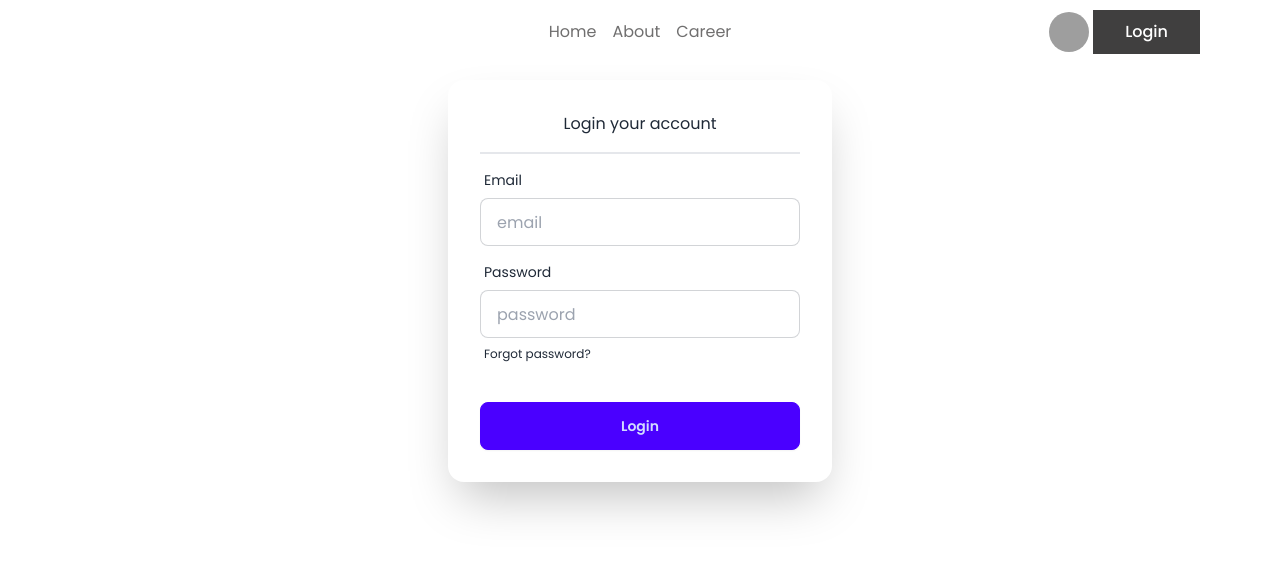
Repository: ShouravAhammed/react-dragon-news-auth
Page: /login
An editor plug-in stored every save of this project. The page is shown before and after the next save, followed by the edit.
The browser window is 1280 px wide. The pictures show the whole page.
Pictures or frames that could not be fetched are drawn as grey boxes. The project was rebuilt for these pictures with package versions that can differ from the ones it lists, and the page was loaded fresh each time. Also part of the build but not shown: vite.config.js, src/pages/BreakingNews/BreakingNews.jsx, src/pages/Shared/Header/Header.jsx, src/pages/Shared/LeftSideNav/LeftSideNav.jsx, src/Components/btnLogin/BtnLogin.jsx, src/pages/Shared/RIghtSideNav/RightSideNav.jsx, src/pages/Home/Home.jsx, src/pages/About/About.jsx and 1 more.

Above is the page before, as saved 2024-04-14 02:50:57.

### src/main.jsx
import React from 'react'
import ReactDOM from 'react-dom/client'
import './index.css'
import { RouterProvider } from 'react-router-dom'
import router from './Routes/Routes.jsx'

ReactDOM.createRoot(document.getElementById('root')).render(
  <React.StrictMode>
    <RouterProvider router={router}/>
  </React.StrictMode>,
)

### src/Routes/Routes.jsx
import Root from "../layout/Root";

import {
    createBrowserRouter,
  } from "react-router-dom";
import Home from "../pages/Home/Home";
import About from "../pages/About/About";
import Career from "../pages/Career/Career";
import Login from "../pages/Login/Login";

const router = createBrowserRouter([
    {
        path: '/',
        element: <Root></Root>,
        children: [
            {

                path: '/',
                element: <Home></Home>,
            },
            {

                path: '/about',
                element: <About></About>,
            },
            {

                path: '/career',
                element: <Career></Career>,
            },
            {

                path: '/login',
                element: <Login></Login>,
            },

        ]
    }
])

export default router;

### src/layout/Root.jsx
import { Outlet } from "react-router-dom";


const Root = () => {
    return (
        <div className="max-w-6xl mx-auto font-poppins px-2">
            <Outlet></Outlet>
        </div>
    );
};

export default Root;

### src/pages/Login/Login.jsx
import Navbar from "../Shared/Navbar/Navbar";


const Login = () => {
    return (
        <div>
            <Navbar></Navbar>

            <div className="hero">
  <div className="hero-content">
    <div className="card  w-full max-w-sm shadow-2xl">

      <form className="card-body">
        <h3 className="text-center pb-4 border-b-2">Login your account</h3>
        <div className="form-control">
          <label className="label">
            <span className="label-text">Email</span>
          </label>
          <input type="email" placeholder="email" className="input input-bordered" required />
        </div>
        <div className="form-control">
          <label className="label">
            <span className="label-text">Password</span>
          </label>
          <input type="password" placeholder="password" className="input input-bordered" required />
          <label className="label">
            <a href="#" className="label-text-alt link link-hover">Forgot password?</a>
          </label>
        </div>
        <div className="form-control mt-6">
          <button className="btn btn-primary">Login</button>
        </div>
      </form>

    </div>
  </div>
</div>

        </div>
    );
};

export default Login;

### src/pages/Shared/Navbar/Navbar.jsx
import { Link, NavLink } from "react-router-dom";
import DefaultUser from '../../../assets/user.png'

const Navbar = () => {

    const navLinks =
    <>
        <li><NavLink to={'/'} className={({isActive}) => isActive ? 'text-[#D72050]' : 'text-[#706F6F]'}>Home</NavLink></li>
        <li><NavLink to={'/about'} className={({isActive}) => isActive ? 'text-[#D72050]' : 'text-[#706F6F]'}>About</NavLink></li>
        <li><NavLink to={'/career'} className={({isActive}) => isActive ? 'text-[#D72050]' : 'text-[#706F6F]'}>Career</NavLink></li>
    </>

    return (
        <div>
            <div className="navbar">
  <div className="navbar-start">
    <div className="dropdown">
      <div tabIndex={0} role="button" className="btn btn-ghost lg:hidden">
        <svg xmlns="http://www.w3.org/2000/svg" className="h-5 w-5" fill="none" viewBox="0 0 24 24" stroke="currentColor"><path strokeLinecap="round" strokeLinejoin="round" strokeWidth="2" d="M4 6h16M4 12h8m-8 6h16" /></svg>
      </div>
      <ul tabIndex={0} className=" menu-sm dropdown-content mt-3 z-[1] p-2 shadow bg-base-100 rounded-box w-52 text-[#706F6F] font-normal text-[18px]">
        {navLinks}
      </ul>
    </div>
  </div>
  <div className="navbar-center hidden lg:flex">
    <ul className="flex justify-center items-center gap-4 menu-horizontal px-1">
      {navLinks}
    </ul>
  </div>
  <div className="navbar-end">
  <div tabIndex={0} role="button" className="btn btn-ghost btn-circle avatar">
        <div className="w-10 rounded-full">
          <img alt="Tailwind CSS Navbar component" src={DefaultUser} />
        </div>
      </div>

  <Link to={'/login'}
        className="px-8 py-2.5 relative group overflow-hidden font-medium bg-[#403F3F] text-white inline-block"
      >
        <span className="absolute top-0 left-0 flex w-full h-0 mb-0 transition-all duration-200 ease-out transform translate-y-0 bg-gray-50 group-hover:h-full"></span>
        <span className="relative group-hover:text-[#403F3F]">Login</span>
      </Link>
  </div>
</div>
        </div>
    );
};

export default Navbar;

### tailwind.config.js
/** @type {import('tailwindcss').Config} */
export default {
  content: [
    "./index.html",
    "./src/**/*.{js,ts,jsx,tsx}",
  ],
  theme: {
    extend: {
      fontFamily: {
        poppins: '"Poppins", sans-serif;', // Adds a new `font-display` class
      }
    }
  },
  plugins: [require("daisyui")],
}

Loaded but not shown: index.html (common file); src/index.css (common file)

After the next save:
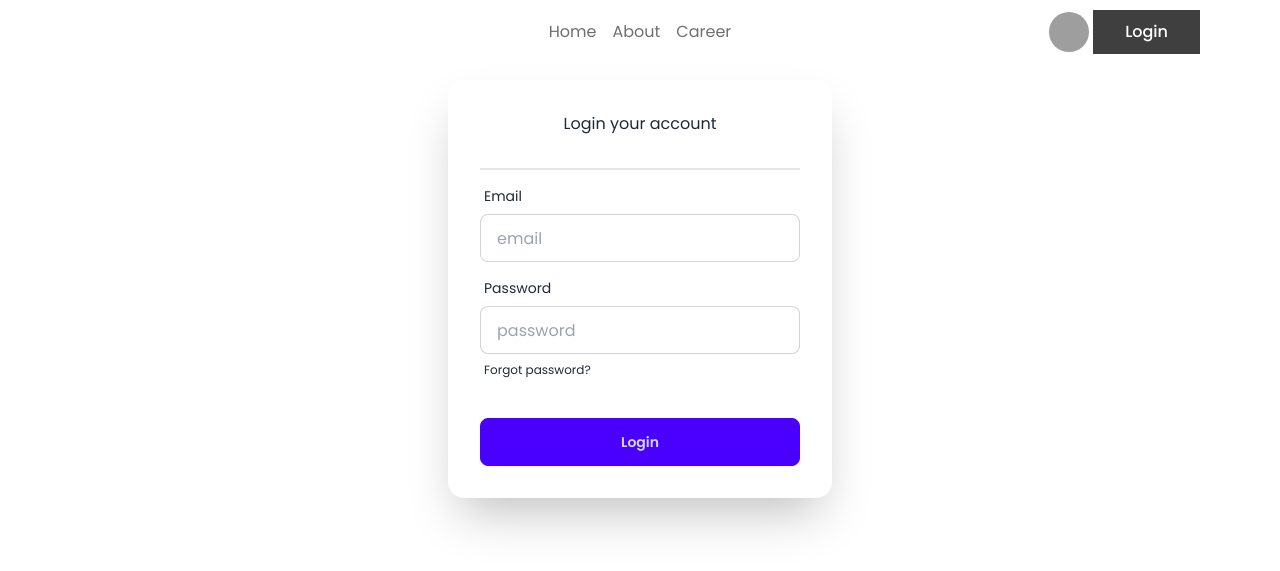
Saved 12 s later.
--- a/src/pages/Login/Login.jsx
+++ b/src/pages/Login/Login.jsx
@@ -11,7 +11,7 @@ const Login = () => {
     <div className="card  w-full max-w-sm shadow-2xl">
 
       <form className="card-body">
-        <h3 className="text-center pb-4 border-b-2">Login your account</h3>
+        <h3 className="text-center pb-8 border-b-2">Login your account</h3>
         <div className="form-control">
           <label className="label">
             <span className="label-text">Email</span>
